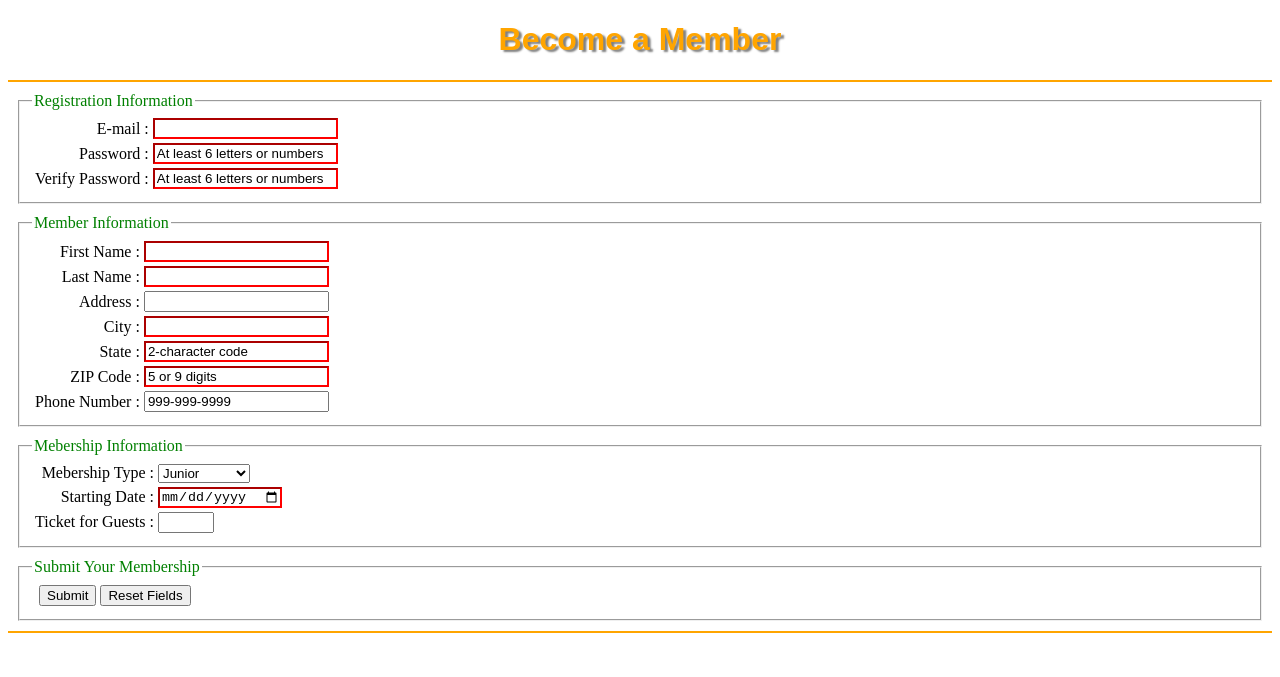
Repository: kjungyoun/Web_Study_2021
Page: homework_front/WebContent/0302/0302.html
These files come from the project's save history. The page is drawn as it stood at one moment and after the next save; the edit follows.
The browser window is 1280 px wide. The pictures show the whole page.
Some web fonts or font styles are not loaded; a fallback is used.

Above is the page before, as saved 2021-03-02 12:34:05.

After the next save:
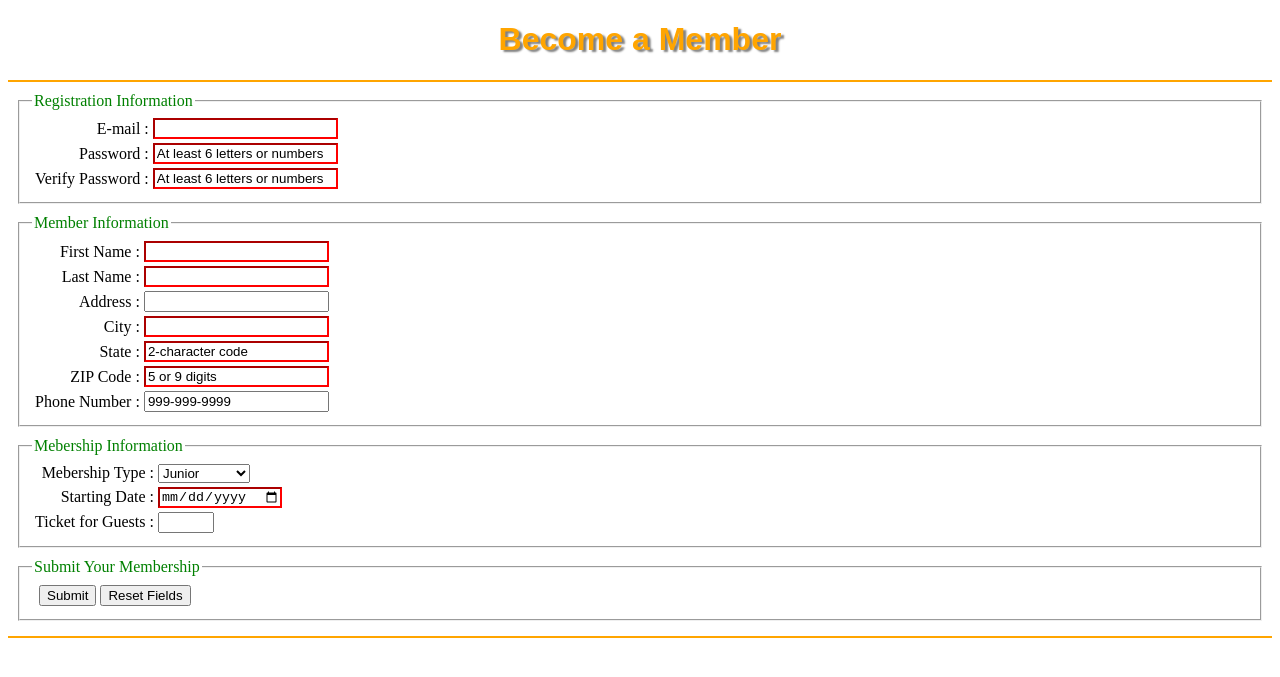
Saved 7 s later.
--- a/homework_front/WebContent/0302/0302.html
+++ b/homework_front/WebContent/0302/0302.html
@@ -156,7 +156,7 @@
 			</tr>
 		</table>
 	</fieldset>
-	<fieldset style="margin:10px; margin-bottom: 10px">
+	<fieldset style="margin:10px; margin-bottom: 15px">
 		<legend>Submit Your Membership</legend>
 		<table>
 			<tr>
